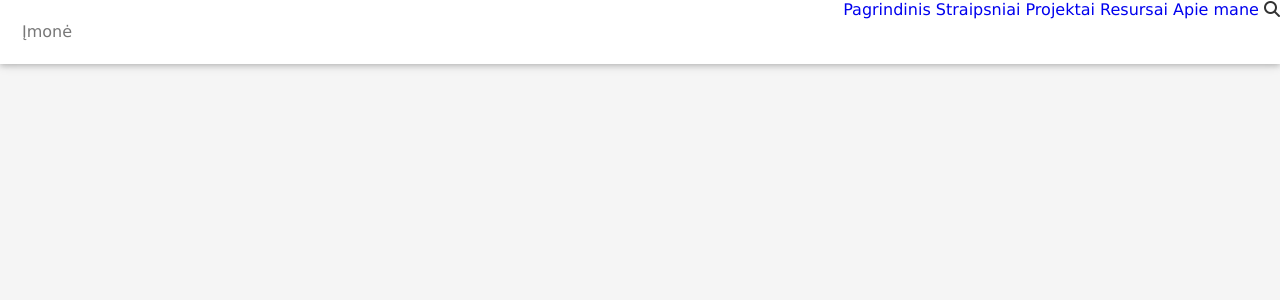
Repository: motiejus1/14-paskaita-05.31
Page: index.html
These files come from the project's save history. The page is drawn as it stood at one moment and after a run of saves; the edit follows.
The browser window is 1280 px wide. The pictures show the whole page.
Some web libraries are served in a nearby version.

Above is the page before, as saved 2021-06-23 18:52:33.

### index.html
<!DOCTYPE html>
<html lang="en">
<head>
    <meta charset="UTF-8">
    <meta http-equiv="X-UA-Compatible" content="IE=edge">
    <meta name="viewport" content="width=device-width, initial-scale=1.0">
    <title>14 paskaita</title>

    <link rel="stylesheet" href="http://maxcdn.bootstrapcdn.com/font-awesome/latest/css/font-awesome.min.css">
    <style>
        html {
            font-size: 16px;
        }

        body {
            max-width: 1920px;
            margin: 0 auto;
            font-family: Verdana, Arial, sans-serif;
            line-height: 1.25rem;
            color:#333;
            background-color: #f5f5f5;
        }

        .container {
            width: 100%;
            margin: auto;
        }

        a {
            text-decoration: none;
            transition: all 0.3s ease;
        }

        .area {
            display: flex;
            /* flex-direction:row; */
            /* flex-wrap: wrap; */

            flex-flow: row wrap;
            align-items: stretch;
            justify-content: space-between;
            margin-left: auto;
        }

        .navbar-component {
            background-color: white;
            box-shadow: 0 2px 5px rgba(0,0,0,0.16), 0 2px 10px rgba(0,0,0,0.12);
        }

        .brand {
            display:block;
            font-size: 1rem;
            color: #777;
            margin: 1.375rem;
        }


    </style>
</head>
<body>
    <div class="container">
        <div class="navbar-component">
            <div class="navbar area">
                <a href="#" class="brand">Įmonė</a>

                <nav id="navigation" class="list">
                    <a href="#" class="item -link">Pagrindinis</a>
                    <a href="#" class="item -link" >Straipsniai</a>
                    <a href="#" class="item -link">Projektai</a>
                    <a href="#"class="item -link">Resursai</a>
                    <a href="#" class="item -link">Apie mane</a>
                    <span class="item">
                        <i class="fa fa-search"></i>
                    </span>
                </nav>

            </div>

        </div>
    </div>

</body>
</html>

After the next 3 saves:
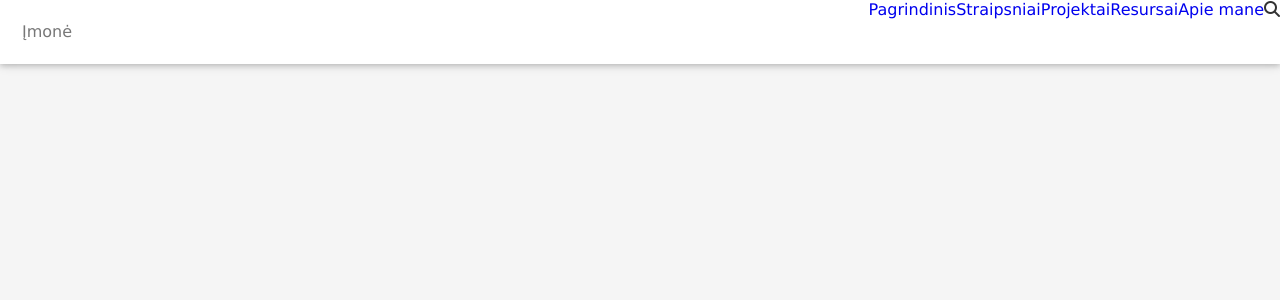
The 3 saves are shown as one change because they came seconds apart.
The last was saved 2 min 33 s later.
--- a/index.html
+++ b/index.html
@@ -54,6 +54,10 @@
             margin: 1.375rem;
         }
 
+        .list {
+            display:flex;
+        }
+
 
     </style>
 </head>
